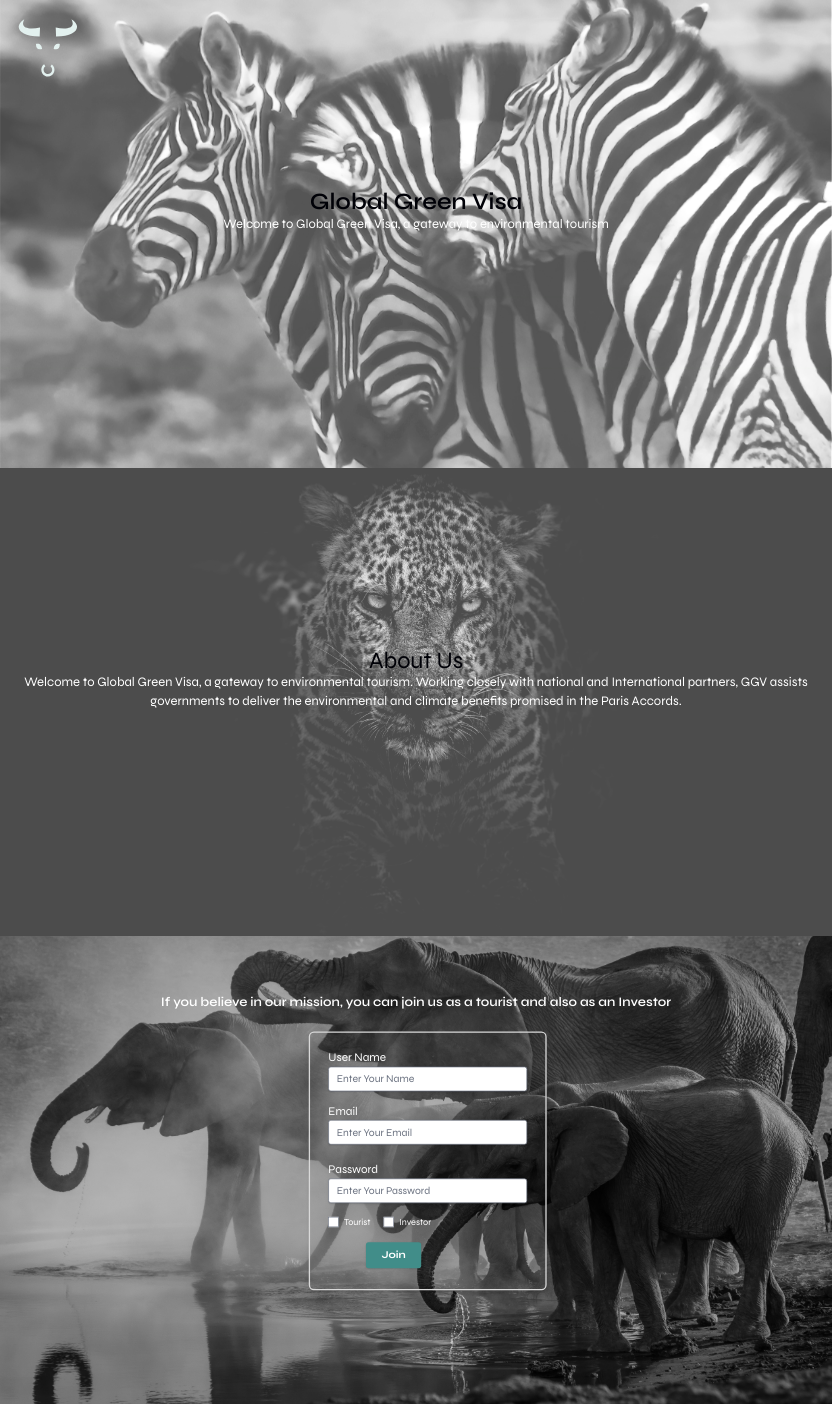
Repository: BrightonMboya/ggv-landingPage
Page: /
The author's editor kept a copy of each file at every save. The page is drawn from the files as they stood at one save, then again after the next save.
The browser window is 1280 px wide. The pictures show the whole page, at 65% of full size.
The project was rebuilt for these pictures with package versions that can differ from the ones it lists, and the page was loaded fresh each time. The framework's server and built-in components were replaced by stand-ins that run in the browser. Also part of the build but not shown: next.config.js.

Above is the page before, as saved 2022-06-14 14:41:33.

### pages/index.js
import React from "react";
import styles from "../styles/Home.module.css";
import HomePage from "./HomePage";
import AboutUs from "./AboutUs";
import Contactus from "./Contactus";

// const index = () => {
//   return (
//     <React.Fragment>
//       <div className={`${styles.global} ${styles.container}`}>
//         <section className={`${styles.section}`}>
//           <HomePage />
//         </section>
//         <section className={`${styles.section}`}>
//           <AboutUs />
//         </section>
//         <section className={`${styles.section} ${styles.three}`}>
//           <Contactus />
//         </section>
//       </div>
//     </React.Fragment>
//   );
// };

const index = () => {
  return (
    <React.Fragment>
      {/* <div className={styles.global}>
        <div className={styles.container}>
          <section className={`${styles.section}`}>
            <HomePage />
          </section>
          <section className={`${styles.section} ${styles.two}`}>
            <AboutUs />
          </section>
          <section className={styles.section}>
            <Contactus />
          </section>
        </div>
      </div> */}

      <HomePage />
      <AboutUs />
      <Contactus />
    </React.Fragment>
  );
};

export default index;

### styles/globals.css
@tailwind base;
@tailwind components;
@tailwind utilities;

@layer base {
  html {
    font-family: Syne;
  }
}

### styles/Home.module.css
.global {
  margin: 0;
  padding: 0;
  box-sizing: border-box;
  font-family: "Syne";
  /* border: 2px solid yellow; */
}
.section {
  /* height: 100vh; */
  display: flex;
  justify-content: center;
  align-items: center;
  scroll-snap-align: start;
}

.container {
  scroll-snap-type: y mandatory;
  overflow-y: scroll;
  height: 100vh;
}

.bgWrap {
  position: fixed;
  /* height: 100vh; */
  /* min-height: 80vh; */
  width: 100vw;
  overflow: hidden;
  z-index: -1;
  height: 100vh;
}

.bg {
  /* max-width: 100%; */
  position: relative;
  /* opacity: 0.1; */
  background: linear-gradient(
    to bottom-right,
    rgba(0, 1, 7, 0.7),
    rgb(78, 77, 77, 0.7)
  );
  /* border: 2px solid red; */
  /* height: 100vh; */
}

.content {
  /* display: inline-block; */
  position: absolute;
  left: 50%;
  top: 45%;
  width: 100%;
  transform: translate(-50%, -50%);
}

@media (max-width: 480px) {
  .content p {
    margin: 0 auto;
    max-width: 400px;
  }
}

.two {
  background: rgb(211, 79, 79);
  background: linear-gradient(
      to bottom right,
      rgba(0, 1, 7, 0.7),
      rgb(78, 77, 77, 0.7)
    ),
    url("../public/about.jpg");
  background-size: cover;
  background-repeat: no-repeat;
  background-position: center;
  font-size: 45px;
  line-height: 65px;
  text-align: center;
  color: #ffffff;
}

### pages/HomePage.js
import React from "react";
import Head from "next/head";
import styles from "../styles/Home.module.css";
import Image from "next/image";

const HomePage = () => {
  return (
    <div className="">
      <Head>
        <title>Welcome to GGV</title>
        <meta
          name="description"
          content="Your Gateway to environmental tourism"
        />
        <style>
          @import
          url('https://fonts.googleapis.com/css2?family=Poppins:wght@400;500;600&family=Syne:wght@400;500;600;700&display=swap');
        </style>
      </Head>
      <div className={`${styles.bgWrap} ${styles.bg}`}>
        <Image
          src="/home.jpg"
          layout="fill"
          // width={900}
          // height={800}
          objectFit="cover"
          quality={100}
          style={{ opacity: 0.7 }}
        />
        <div className="w-[100px] h-[100px] relative mt-6 ml-6 ">
          <Image src="/logo.svg" layout="fill" objectFit="contain" />
        </div>
        <div className={styles.content}>
          <h2 className="text-black lg:text-4xl text-center text-7xl font-semibold">
            Global Green Visa
          </h2>
          <p className="text-white lg:text-xl text-center text-2xl">
            Welcome to Global Green Visa, a gateway to environmental tourism
          </p>
        </div>
      </div>
    </div>
  );
};
export default HomePage;

// className="absolute lg:top-[50%] top-[6%]"
// className="lg:justify-center lg:items-center sm:h-0 lg:flex lg:h-[100vh]"

### pages/AboutUs.js
import Image from "next/image";
import styles from "../styles/Home.module.css";
import Head from "next/head";

const AboutUs = () => {
  return (
    <div className={styles.global}>
      <Head>
        <title>Welcome to GGV</title>
        <meta
          name="description"
          content="Your Gateway to environmental tourism"
        />
        <style>
          @import
          url('https://fonts.googleapis.com/css2?family=Poppins:wght@400;500;600&family=Syne:wght@400;500;600;700&display=swap');
        </style>
      </Head>
      <div className={`${styles.bgWrap} ${styles.bg}`}>
        <Image
          src="/about.jpg"
          layout="fill"
          objectFit="cover"
          quality={100}
          style={{ opacity: 0.7 }}
        />
        <div className={styles.content}>
          <h2 className="text-black lg:text-4xl text-center text-2xl">
            About Us
          </h2>
          <p className="text-white lg:text-xl text-center text-xl leading-loose">
            Welcome to Global Green Visa, a gateway to environmental tourism.
            Working closely with national and International partners, GGV
            assists governments to deliver the environmental and climate
            benefits promised in the Paris Accords.
          </p>
        </div>
      </div>
    </div>
  );
};
export default AboutUs;

### pages/Contactus.js
import React from "react";
import Image from "next/image";
import styles from "../styles/Home.module.css";
import { useState } from "react";
import Head from "next/head";

const Contactus = () => {
  const [enteredName, setEnteredName] = useState("");
  const [enteredPassword, setEnteredPassword] = useState("");
  const [enteredMessage, setEnteredMessage] = useState("");

  const nameChangeHandler = (event) => {
    setEnteredName(event.target.value);
  };

  const passwordChangeHandler = (event) => {
    setEnteredPassword(event.target.value);
  };

  const messageChangeHandler = (event) => {
    setEnteredMessage(event.target.value);
  };

  const submitHandler = (event) => {
    event.preventDefault();
  };
  return (
    <div className="">
      <Head>
        <title>Welcome to GGV</title>
        <meta name="description" content="Join Our Family" />
        <style>
          @import
          url('https://fonts.googleapis.com/css2?family=Poppins:wght@400;500;600&family=Syne:wght@400;500;600;700&display=swap');
        </style>
      </Head>
      <div className={`${styles.bgWrap} ${styles.bg}`}>
        <Image
          src="/contact.jpg"
          layout="fill"
          // width={900}
          // height={800}
          objectFit="cover"
          quality={100}
        />
        <div className="flex items-center justify-center text-white">
          <div className={styles.content}>
            <h3 className="text-xl font-semibold md:text-xl text-center px-5">
              If you believe in our mission, you can join us as a tourist and
              also as an Investor
            </h3>
            <div className="max-w-xs md:max-w-3xl lg:max-w-full ml-[5vh] mt-8 flex items-center justify-center">
              <form
                onSubmit={submitHandler}
                className="shadow-md rounded-lg px-7 pt-6 pb-8 mb-4 border-gray border-2"
              >
                <div className="mb-4">
                  <label className="text-lg">User Name</label>
                  <input
                    type="text"
                    value={enteredName}
                    onChange={nameChangeHandler}
                    placeholder="Enter Your Name"
                    className="shadow appearance-none border rounded w-full py-2 px-3 text-gray-700 leading-tight focus:outline-none focus:shadow-outline"
                  />
                </div>
                <div className="mb-6">
                  <label className="text-lg">Email</label>
                  <input
                    type="email"
                    className="shadow appearance-none border rounded w-full py-2 px-3 text-gray-700 leading-tight focus:outline-none focus:shadow-outline"
                    onChange={passwordChangeHandler}
                    placeholder="Enter Your Email"
                    value={enteredPassword}
                  />
                </div>

                <div>
                  <label className="text-lg">Password</label>
                  <input
                    type="text"
                    className="shadow appearance-none border rounded w-full py-2 px-3 text-gray-700 leading-tight focus:outline-none focus:shadow-outline"
                    placeholder="Enter Your Password"
                    value={enteredMessage}
                    onChange={messageChangeHandler}
                  />
                </div>
                <div className="flex items-center mt-4">
                  <div>
                    <input type="checkbox" className="mr-2 leading-tight" />
                    <span className="text-sm text-center">Tourist</span>
                  </div>
                  <div className="ml-5">
                    <input type="checkbox" className="mr-2 leading-tight" />
                    <span className="text-sm text-center">Investor</span>
                  </div>
                </div>

                <div className="mt-5 ml-[8vh]">
                  <button className="shadow bg-green focus:shadow-outline focus:outline-none text-white font-bold py-2 px-6 rounded">
                    Join
                  </button>
                </div>
              </form>
            </div>
          </div>
        </div>
      </div>
    </div>
  );
};

export default Contactus;

### tailwind.config.js
module.exports = {
  content: [
    "./pages/**/*.{js,ts,jsx,tsx}",
    "./components/**/*.{js,ts,jsx,tsx}"
  ],
  theme: {
    extend: {
      colors: {
        black: "#000107",
        slate: "#E3F1EF",
        green: "#418D89",
        gray: "#D9D9D9"
      },
      fontFamily: {
        Syne: ["Syne", "sans-serif"]
      }
    }
  },
  plugins: [require("@tailwindcss/forms")]
};

Loaded but not shown: pages/_app.js (common file)

After the next save:
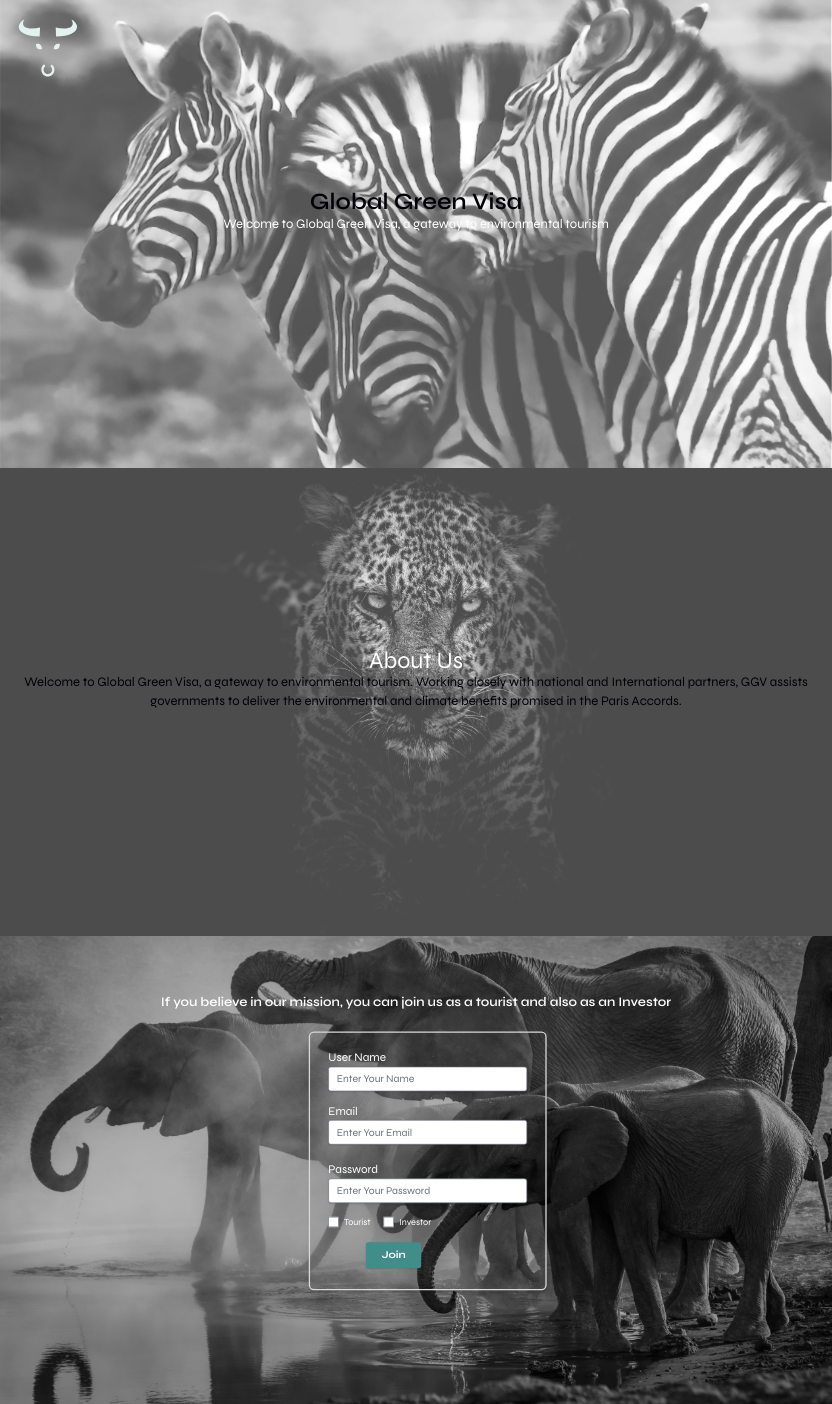
Saved 9 s later.
--- a/pages/AboutUs.js
+++ b/pages/AboutUs.js
@@ -25,10 +25,10 @@ const AboutUs = () => {
           style={{ opacity: 0.7 }}
         />
         <div className={styles.content}>
-          <h2 className="text-black lg:text-4xl text-center text-2xl">
+          <h2 className="text-white lg:text-4xl text-center text-2xl">
             About Us
           </h2>
-          <p className="text-white lg:text-xl text-center text-xl leading-loose">
+          <p className="text-black lg:text-xl text-center text-xl leading-loose">
             Welcome to Global Green Visa, a gateway to environmental tourism.
             Working closely with national and International partners, GGV
             assists governments to deliver the environmental and climate
